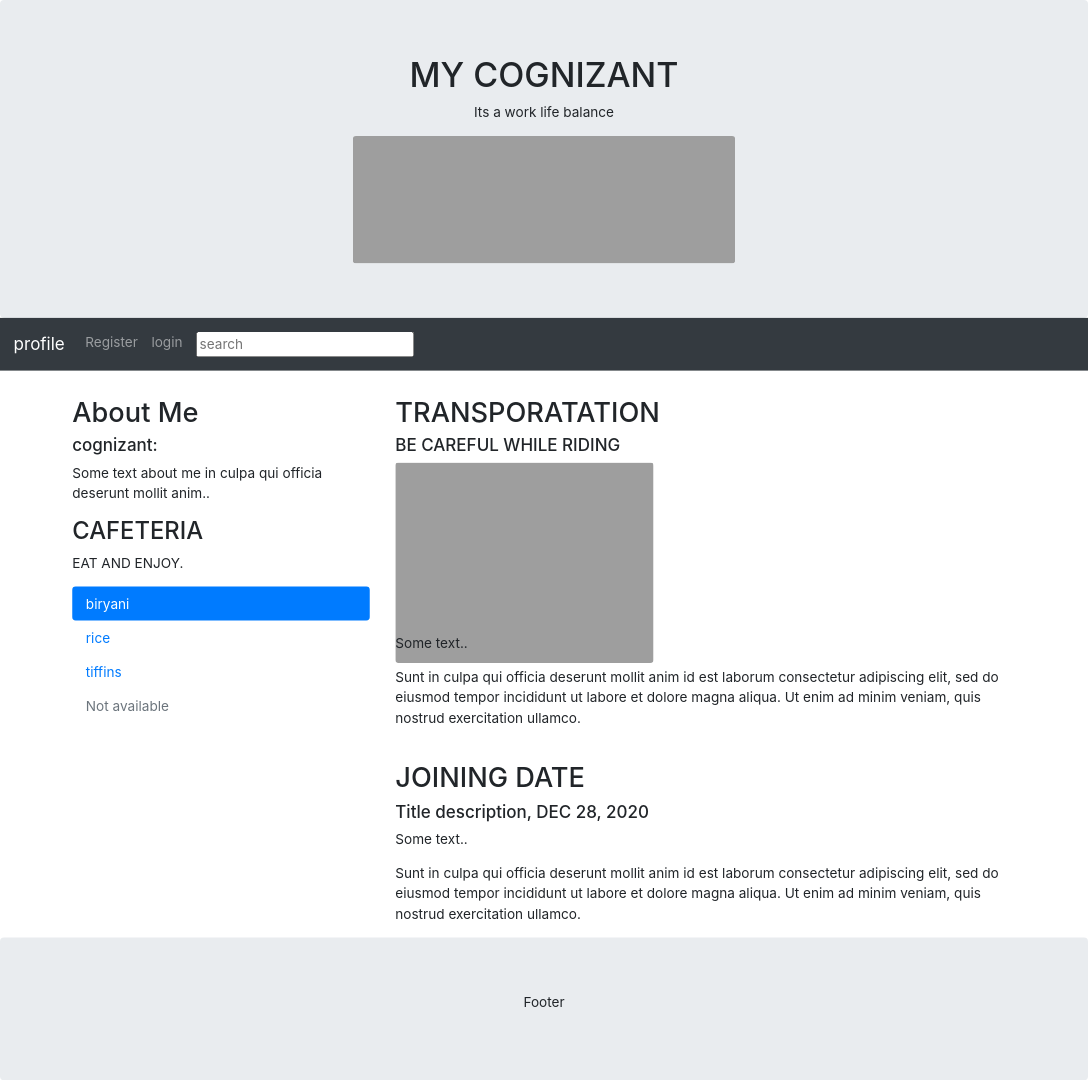
Repository: suvarsha/cognizant-projects
Page: BootStramp1/WebContent/first.html
These files come from the project's save history. The page is drawn as it stood at one moment and after the next save; the edit follows.
The browser window is 1280 px wide. The pictures show the whole page, at 85% of full size.
Pictures or frames that could not be fetched are drawn as grey boxes.

Above is the page before, as saved 2020-01-20 04:22:12.

After the next save:
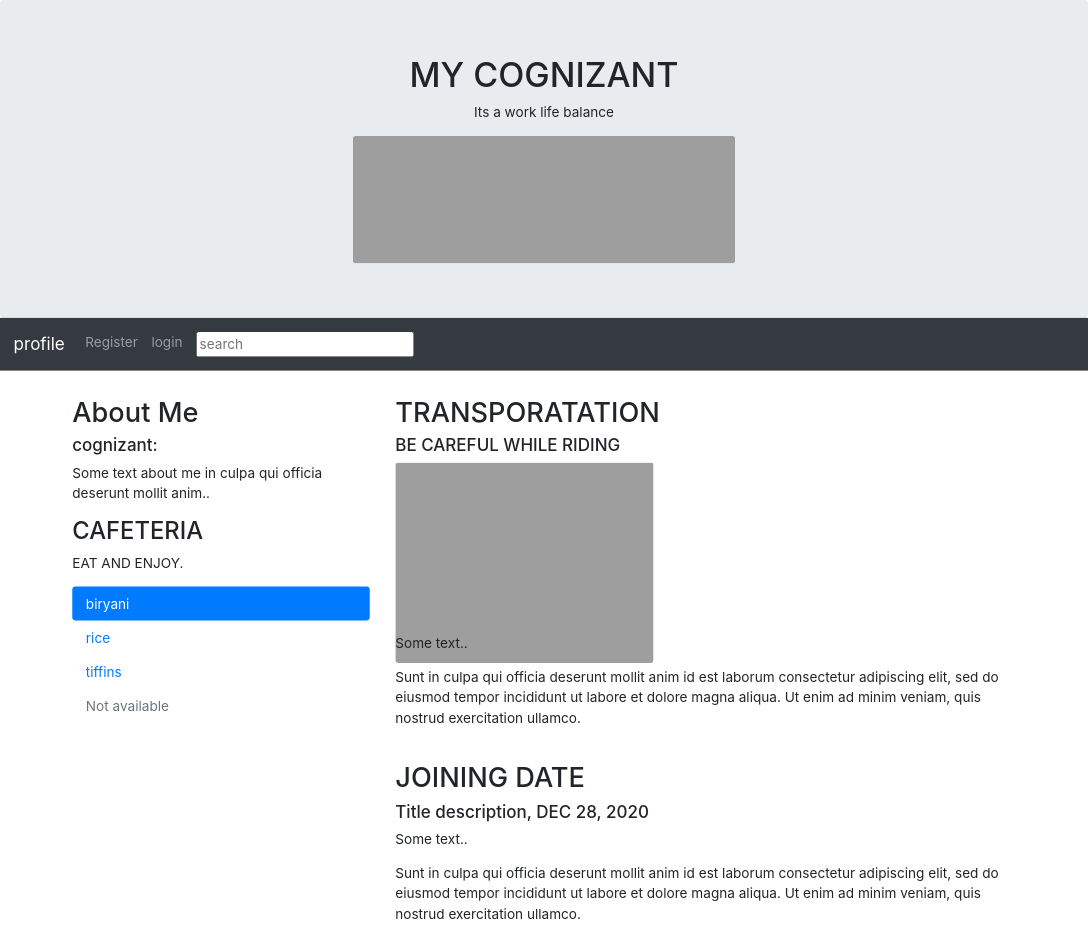
Saved 78 s later.
--- a/BootStramp1/WebContent/first.html
+++ b/BootStramp1/WebContent/first.html
@@ -83,9 +83,7 @@
   </div>
 </div>
 
-<div class="jumbotron text-center" style="margin-bottom:0">
-  <p>Footer</p>
-</div>
+
 
 </body>
 </html>

After the save that followed:
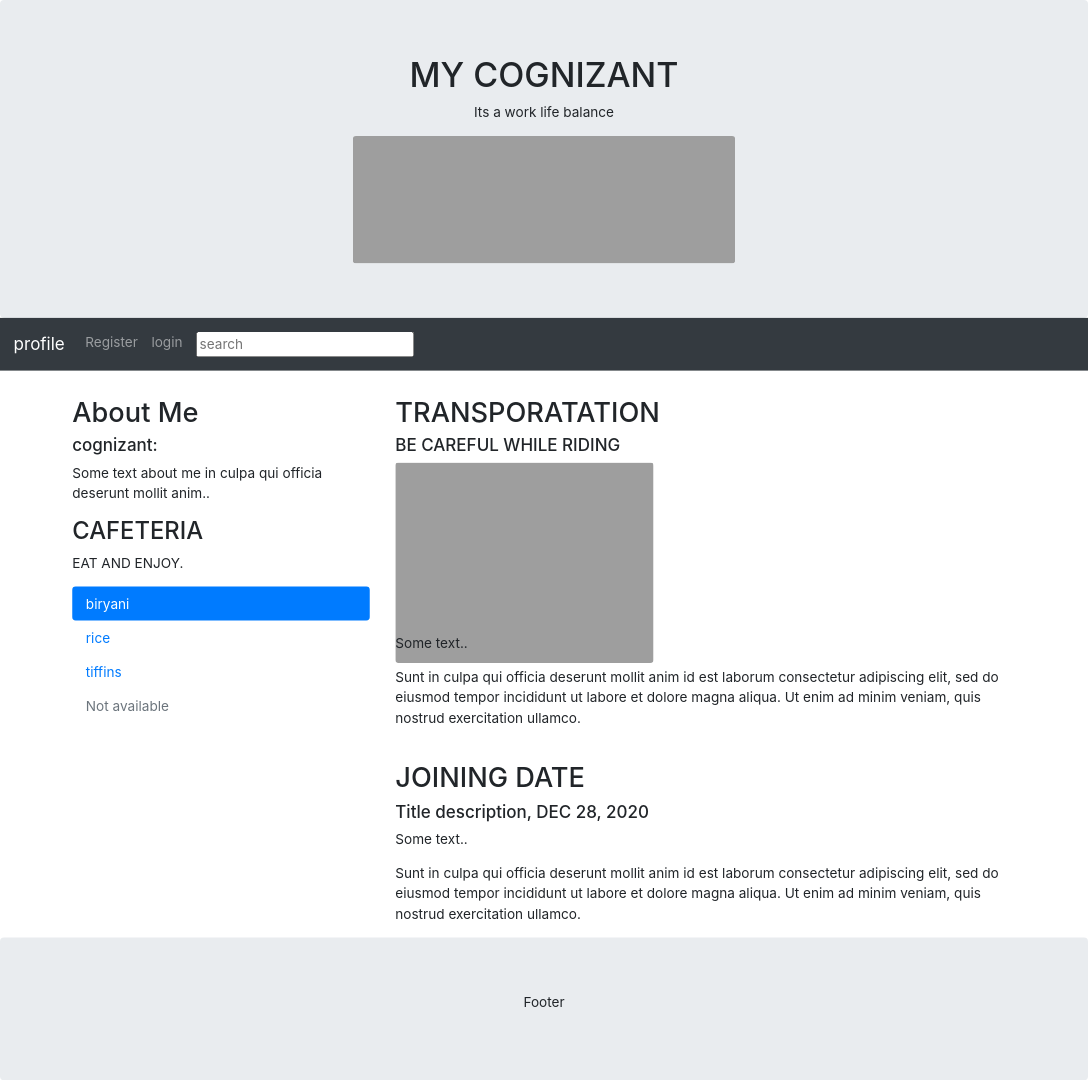
Saved 21 s later.
--- a/BootStramp1/WebContent/first.html
+++ b/BootStramp1/WebContent/first.html
@@ -83,7 +83,9 @@
   </div>
 </div>
 
-
+<div class="jumbotron text-center" style="margin-bottom:0">
+  <p>Footer</p>
+</div>
 
 </body>
 </html>
